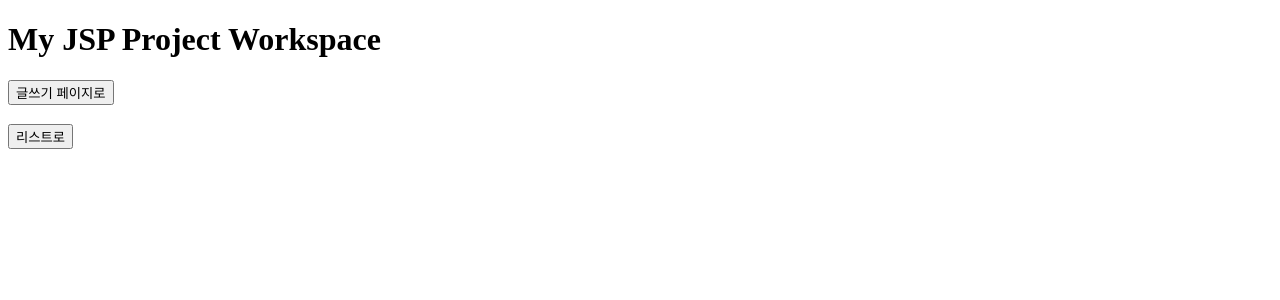
Repository: gajami-kim/240430_JSPJSTL_Study
Page: http://localhost/jsp_study2/
An editor plug-in stored every save of this project. The page is shown before and after the next save, followed by the edit.
The browser window is 1280 px wide. The pictures show the whole page.
The page is served by Tomcat 9.

Above is the page before, as saved 2024-04-16 07:43:26.

After the next save:
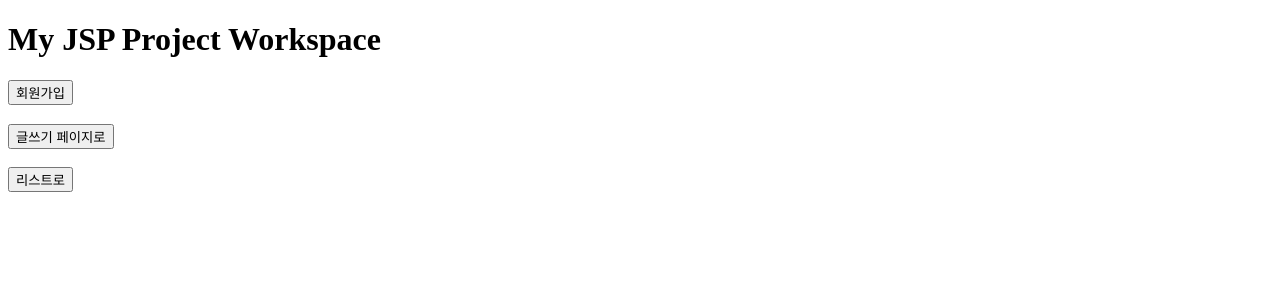
Saved 36 s later.
--- a/_jsp_workspace2/jsp_study2/src/main/webapp/index.jsp
+++ b/_jsp_workspace2/jsp_study2/src/main/webapp/index.jsp
@@ -9,6 +9,8 @@
 <body>
 <div>
 	<h1>My JSP Project Workspace</h1>
+	<h3> <a href="/memb/join"> <button>회원가입</button></a> </h3>
+
 	<h3> <a href="/brd/register"> <button>글쓰기 페이지로</button></a> </h3>
 	<h3> <a href="/brd/list"> <button>리스트로</button> </a> </h3>
 </div>
